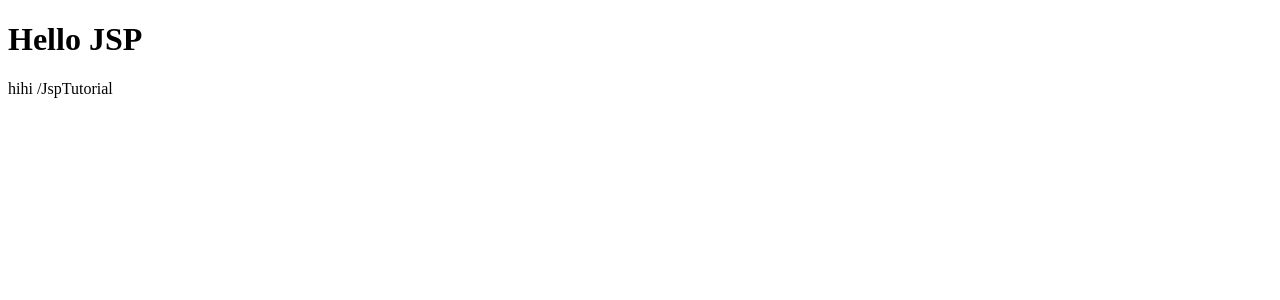
Repository: hoangkhanh2208/Jsp-Servlet-JDBC-Learn
Page: http://localhost/JspTutorial/index.jsp
An editor plug-in stored every save of this project. The page is shown before and after a run of saves, followed by the edit.
The browser window is 1280 px wide. The pictures show the whole page.
The page is served by Tomcat 9. Other server files are loaded and not shown.

Above is the page before, as saved 2021-05-20 02:31:10.

### JspTutorial/src/main/webapp/index.jsp
<%@page import="java.util.Random"%>
<%@ page language="java" contentType="text/html; charset=ISO-8859-1"
	pageEncoding="ISO-8859-1"%>
<!DOCTYPE html>
<html>
<head>
<meta charset="ISO-8859-1">
<title>Insert title here</title>
</head>
<body>
	<h1>Hello JSP</h1>

	<%
	out.println("hihi");

	String serverName = request.getContextPath();
	out.println(serverName);

	%>


</body>
</html>

After the next 2 saves:
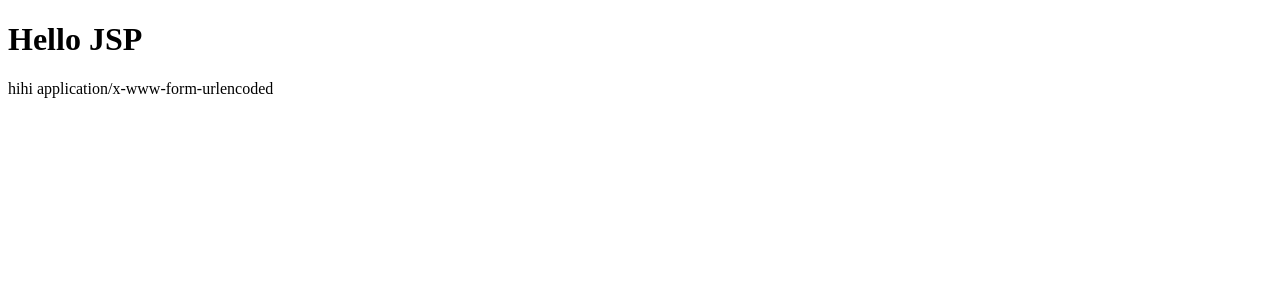
The 2 saves are shown as one change because 1 did not build or start.
The last was saved 38 s later.
--- a/JspTutorial/src/main/webapp/index.jsp
+++ b/JspTutorial/src/main/webapp/index.jsp
@@ -13,7 +13,7 @@
 	<%
 	out.println("hihi");
 
-	String serverName = request.getContextPath();
+	String serverName = request.getContentType();
 	out.println(serverName);
 
 	%>
